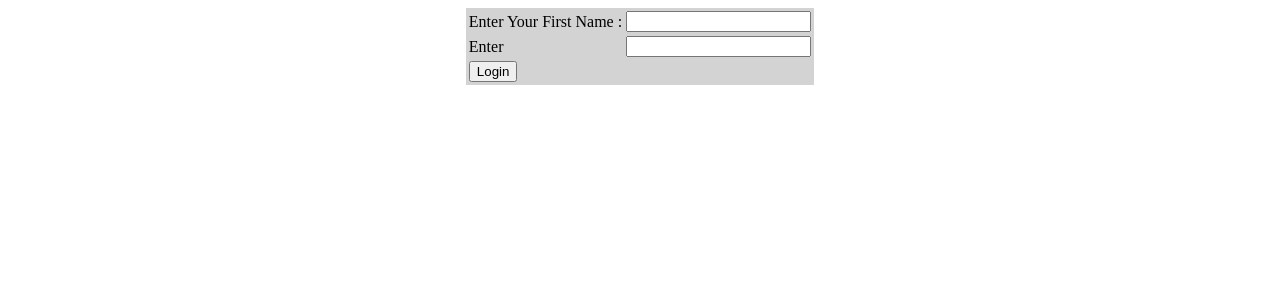
Repository: DAC-Sept2022-SagarPokale-70466/05_J2EE
Page: Day_03/src/main/webapp/register.html
These files come from the project's save history. The page is drawn as it stood at one moment and after a run of saves; the edit follows.
The browser window is 1280 px wide. The pictures show the whole page.

Above is the page before, as saved 2022-11-24 16:32:51.

### Day_03/src/main/webapp/register.html
<!DOCTYPE html>
<html>
<head>
<meta charset="ISO-8859-1">
<title>Insert title here</title>
</head>
<body>

 <form action="signUp" method="post">
      <table style="background-color: lightgrey; margin: auto">

        <tr>
          <td>Enter Your First Name : </td>
          <td><input type="text" name="fname" /></td>
        </tr>

        <tr>
          <td>Enter </td>
          <td><input type="password" name="pass" /></td>
        </tr>

        <tr>
          <td><input type="submit" value="Login" /></td>
        </tr>
      </table>
    </form>

</body>
</html>

After the next 2 saves:
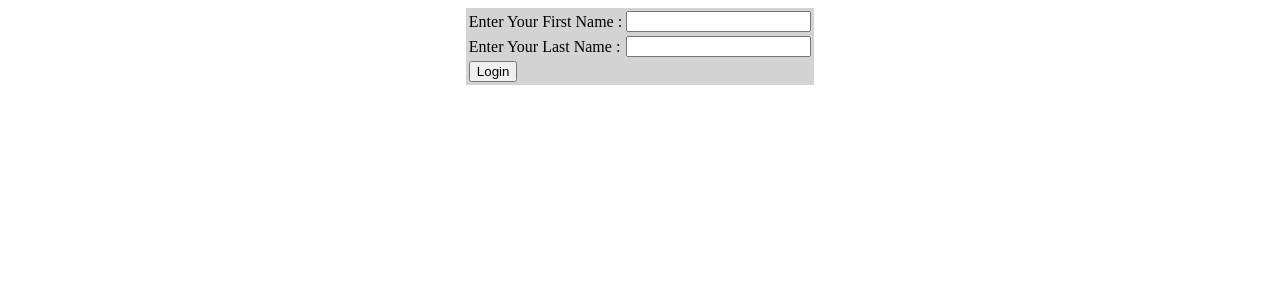
The 2 saves are shown as one change because they came seconds apart.
The last was saved 11 s later.
--- a/Day_03/src/main/webapp/register.html
+++ b/Day_03/src/main/webapp/register.html
@@ -15,8 +15,8 @@
         </tr>
 
         <tr>
-          <td>Enter </td>
-          <td><input type="password" name="pass" /></td>
+          <td>Enter Your Last Name :  </td>
+          <td><input type="text" name="pass" /></td>
         </tr>
 
         <tr>
